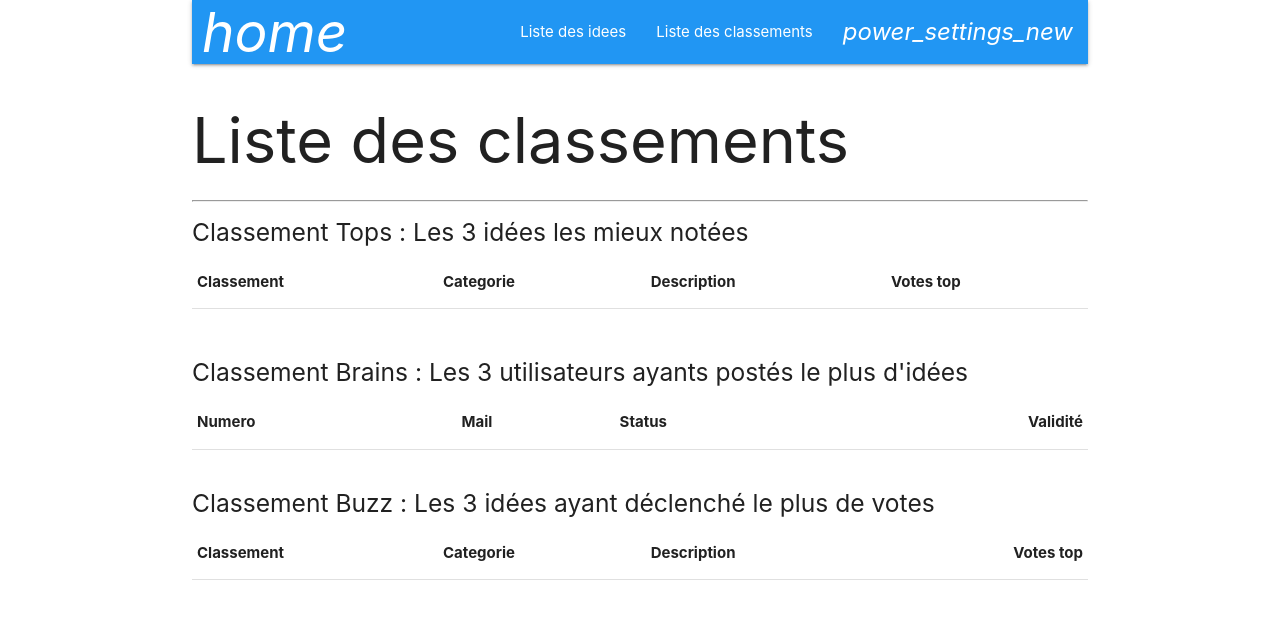
Repository: thdal/Atelier_JEE_16_02
Page: http://localhost/Atelier_JEE_16_02/WEB-INF/pages/classement/ListClassement.jsp
The author's editor kept a copy of each file at every save. The page is drawn from the files as they stood at one save, then again after the next save.
The browser window is 1280 px wide. The pictures show the whole page.
The page is served by Tomcat 9. Nobody is signed in. Other server files are loaded and not shown. The template is opened directly, without the code that normally fills it, so the values that code supplies are empty.

Above is the page before, as saved 2021-02-27 14:38:01.

### Atelier_JEE_16_02/src/main/webapp/WEB-INF/pages/classement/ListClassement.jsp
<%@ page language="java" contentType="text/html; charset=ISO-8859-1"
    pageEncoding="ISO-8859-1"%>
<!DOCTYPE html>
<html>
<head>
<meta charset="ISO-8859-1">
<title>Insert title here</title>
</head>
<body>
<div class="container">
<%@ include file="../commons/MenuNavBar.jsp" %>
<h1>Liste des classements</h1>
<hr>

<h5>Classement Tops : Les 3 idées les mieux notées</h5>

<table style="margin-bottom:50px;" class="left">
   <thead>
       <tr>
           <th>Classement</th>
           <th>Categorie</th>
           <th>Description</th>
           <th>Votes top</th>

       </tr>
   </thead>
   <tbody>
    <c:forEach items="${topsClassement}" var="tc" varStatus="loop">
	    <tr>
	    	<td>
	    	<c:if test="${loop.index eq 0 }">
	    	<img style="max-width:100px; max-height:100px" src="https://png.pngtree.com/png-vector/20191027/ourlarge/pngtree-gold-medal-vector-golden-1st-place-badge-sport-game-golden-challenge-png-image_1887633.jpg">
	    	</c:if>
	    	<c:if test="${loop.index eq 1 }">
	    	<img style="max-width:100px; max-height:100px" src="https://png.pngtree.com/png-vector/20191027/ourmid/pngtree-bronze-medal-vector-best-first-placement-winner-champion-number-one-3rd-png-image_1887553.jpg">
	    	</c:if>
	    	<c:if test="${loop.index eq 2 }">
	    	<img style="max-width:100px; max-height:100px" src="https://image.freepik.com/vecteurs-libre/medaille-argent-2e-place-argent_87720-2499.jpg">
	    	</c:if>
	        <td><c:out value="${tc.categorie}"/></td>
	        <td> <c:out value="${tc.description}"/>
	        </td>
	        <td><c:out value="${tc.topPercentage}"/>
	        </td>
	    </tr>
	</c:forEach>
    </tbody>
 </table>

<h5>Classement Brains : Les 3 utilisateurs ayants postés le plus d'idées</h5>

<table style="margin-bottom:40px;" class="left">
   <thead>
       <tr>
       	   <th>Numero</th>
           <th>Mail</th>
           <th>Status</th>
           <th style="text-align:right;" >Validité</th>

       </tr>
   </thead>
   <tbody>
    <c:forEach items="${brainsClassement}" var="u" varStatus="loop">
	    <tr>
	    	<td>
	    	<c:if test="${loop.index eq 0 }">
	    	<img style="max-width:100px; max-height:100px" src="https://png.pngtree.com/png-vector/20191027/ourlarge/pngtree-gold-medal-vector-golden-1st-place-badge-sport-game-golden-challenge-png-image_1887633.jpg">
	    	</c:if>
	    	<c:if test="${loop.index eq 1 }">
	    	<img style="max-width:100px; max-height:100px" src="https://png.pngtree.com/png-vector/20191027/ourmid/pngtree-bronze-medal-vector-best-first-placement-winner-champion-number-one-3rd-png-image_1887553.jpg">
	    	</c:if>
	    	<c:if test="${loop.index eq 2 }">
	    	<img style="max-width:100px; max-height:100px" src="https://image.freepik.com/vecteurs-libre/medaille-argent-2e-place-argent_87720-2499.jpg">
	    	</c:if>
	    	</td>
	        <td><c:out value="${u.mail}"/></td>
	        <td>
	        <c:if test="${empty u.validated}">
	        	Non
	        </c:if>
	        <c:if test="${u.validated}">
	        	Oui
	        </c:if>
	        <c:if test="${u.validated == false}">
	        	Non
	        </c:if>
	        </td>
	        <td style="text-align:right;" >
	        <c:if test="${empty u.status}">
	        	Activé
	        </c:if>
	        <c:if test="${u.status}">
	        	Activé
	        </c:if>
	        <c:if test="${u.status == false}">
	        	Désactivé
	        </c:if>
	        </td>
	        <td>
	    </tr>
	</c:forEach>
    </tbody>
 </table>

<h5>Classement Buzz : Les 3 idées ayant déclenché le plus de votes</h5>

<table style="margin-bottom:50px;" class="left">
   <thead>
       <tr>
           <th>Classement</th>
           <th>Categorie</th>
           <th>Description</th>
           <th style="text-align:right;" >Votes top</th>

       </tr>
   </thead>
   <tbody>
    <c:forEach items="${buzzClassement}" var="b" varStatus="loop">
	    <tr>
	    	<td>
	    	<c:if test="${loop.index eq 0 }">
	    	<img style="max-width:100px; max-height:100px" src="https://png.pngtree.com/png-vector/20191027/ourlarge/pngtree-gold-medal-vector-golden-1st-place-badge-sport-game-golden-challenge-png-image_1887633.jpg">
	    	</c:if>
	    	<c:if test="${loop.index eq 1 }">
	    	<img style="max-width:100px; max-height:100px" src="https://png.pngtree.com/png-vector/20191027/ourmid/pngtree-bronze-medal-vector-best-first-placement-winner-champion-number-one-3rd-png-image_1887553.jpg">
	    	</c:if>
	    	<c:if test="${loop.index eq 2 }">
	    	<img style="max-width:100px; max-height:100px" src="https://image.freepik.com/vecteurs-libre/medaille-argent-2e-place-argent_87720-2499.jpg">
	    	</c:if>
	        <td><c:out value="${b.categorie}"/></td>
	        <td> <c:out value="${b.description}"/>
	        </td>
	        <td style="text-align:right;" ><c:out value="${b.topPercentage}"/>
	        </td>
	    </tr>
	</c:forEach>
    </tbody>
 </table>

</div>
</body>
</html>

### Atelier_JEE_16_02/src/main/webapp/WEB-INF/pages/commons/MenuNavBar.jsp
<head>
    <link rel="stylesheet" href="https://cdnjs.cloudflare.com/ajax/libs/materialize/1.0.0/css/materialize.min.css">
	  <link href="https://fonts.googleapis.com/icon?family=Material+Icons" rel="stylesheet">
	   <%@ taglib prefix="c" uri="http://java.sun.com/jsp/jstl/core" %>

</head>

 <nav class="blue">
    <div class="nav-wrapper">
      <a href="home" class="brand-logo"><i style="margin-left:10px; font-size:55px" class="large material-icons">home</i></a>
      <ul id="nav-mobile" class="right hide-on-med-and-down">
        <c:if test="${ sessionScope.Admin }">
        	<li><a href="user?action=list">Liste des utilisateurs</a></li>
    	</c:if>
        <li><a href="idees?action=list">Liste des idees</a></li>
        <li><a href="classements?action=list">Liste des classements</a></li>
        <li><a href="connexion"><i class="material-icons prefix">power_settings_new</i></a></li>

        <!-- <li><a href="users?action=list">Liste des utilisateurs</a></li>  -->
      </ul>
    </div>
  </nav>

    <script src="https://cdnjs.cloudflare.com/ajax/libs/materialize/1.0.0/js/materialize.min.js"></script>

After the next save:
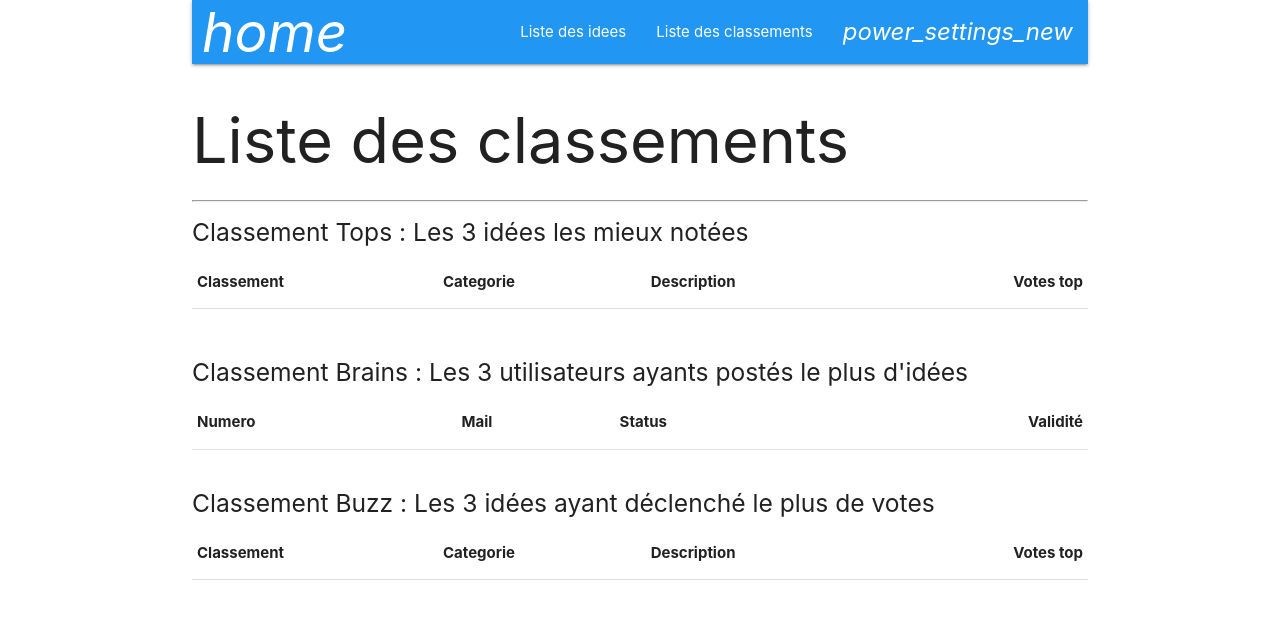
Saved 14 s later.
--- a/Atelier_JEE_16_02/src/main/webapp/WEB-INF/pages/classement/ListClassement.jsp
+++ b/Atelier_JEE_16_02/src/main/webapp/WEB-INF/pages/classement/ListClassement.jsp
@@ -20,7 +20,7 @@
            <th>Classement</th>
            <th>Categorie</th>
            <th>Description</th>
-           <th>Votes top</th>
+           <th style="text-align:right;" >Votes top</th>
 
        </tr>
    </thead>
